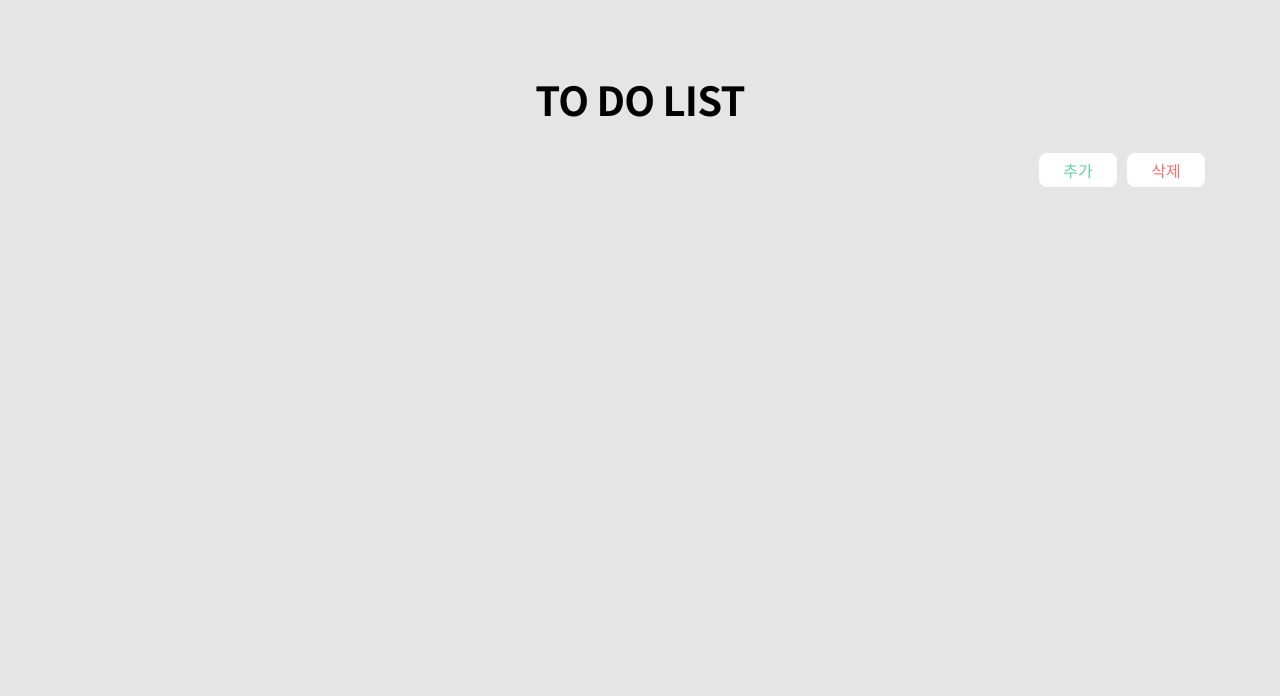
Repository: KIMSEOUNYOUNG/toDoList
Page: skin/main.html
The author's editor kept a copy of each file at every save. The page is drawn from the files as they stood at one save, then again after the next save.
The browser window is 1280 px wide. The pictures show the whole page.
After loading, the first visible `button.btn` was clicked once.

Above is the page before, as saved 2022-05-02 16:21:14.
Console error: ReferenceError: titAdd is not defined

After the next save:
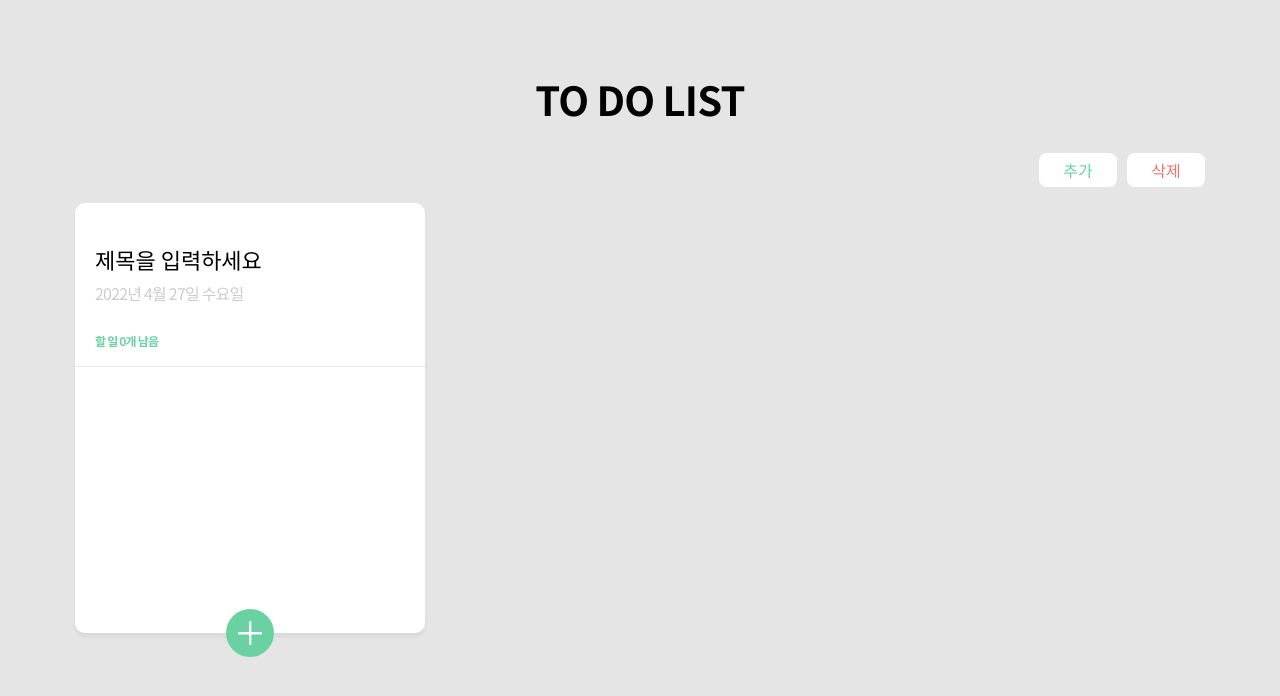
The error is gone.
Saved 15 s later.
--- a/skin/main.html
+++ b/skin/main.html
@@ -81,8 +81,8 @@
 
         let remDoList = 0;
 
-        // const titAdd = '';
-        // const tdAdd = [];
+        const titAdd = '';
+        const tdAdd = [];
 
         const TDLobj = {
             num: TDLArr.length,
